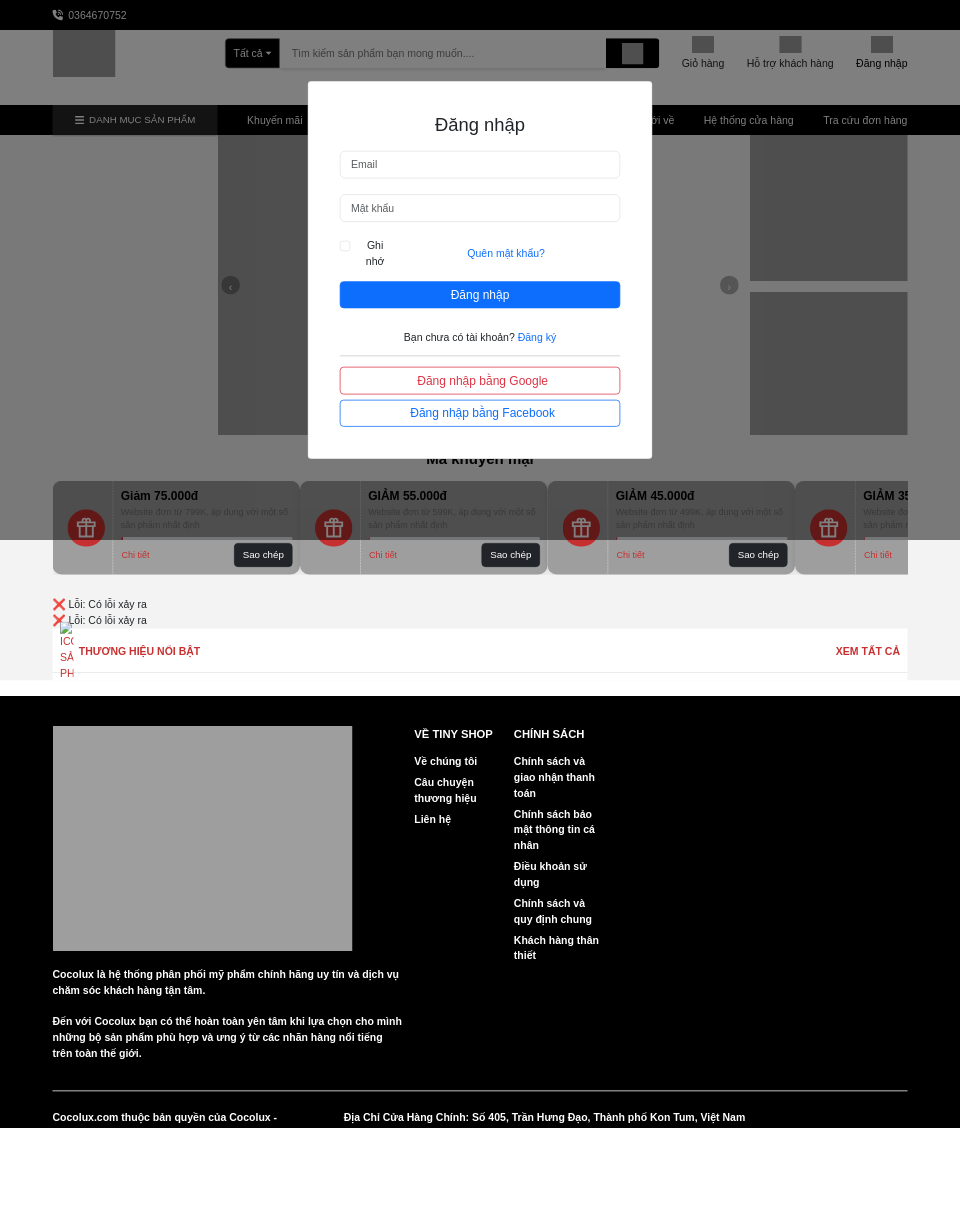
Repository: zzalobeiuzz/website_banmypham
Page: / (app in frontend/), after clicking the first element matching `button.login-button`
The author's editor kept a copy of each file at every save. The page is drawn from the files as they stood at one save, then again after the next save.
The browser window is 1280 px wide. The pictures show the whole page, at 75% of full size.
Pictures or frames that could not be fetched are drawn as grey boxes. The page's requests for data from a server got no answer. The project was rebuilt for these pictures with package versions that can differ from the ones it lists, and the page was loaded fresh each time. No one was signed in, and anything a server would have sent is missing. Also part of the build but not shown: frontend/craco.config.js, frontend/src/pages/NotFoundPage/NotFoundPage.js, frontend/src/components/ProtectedRoute.js, frontend/src/components/small/wizardForm.scss, frontend/src/components/small/WizardForm.js, frontend/src/components/signup.js, frontend/src/pages/user/profilePage/profile_page.js, frontend/src/components/small/Forgot/ResetPasswordForm.js and 15 more.

Above is the page before, as saved 2025-07-15 21:15:16.

After the next save:
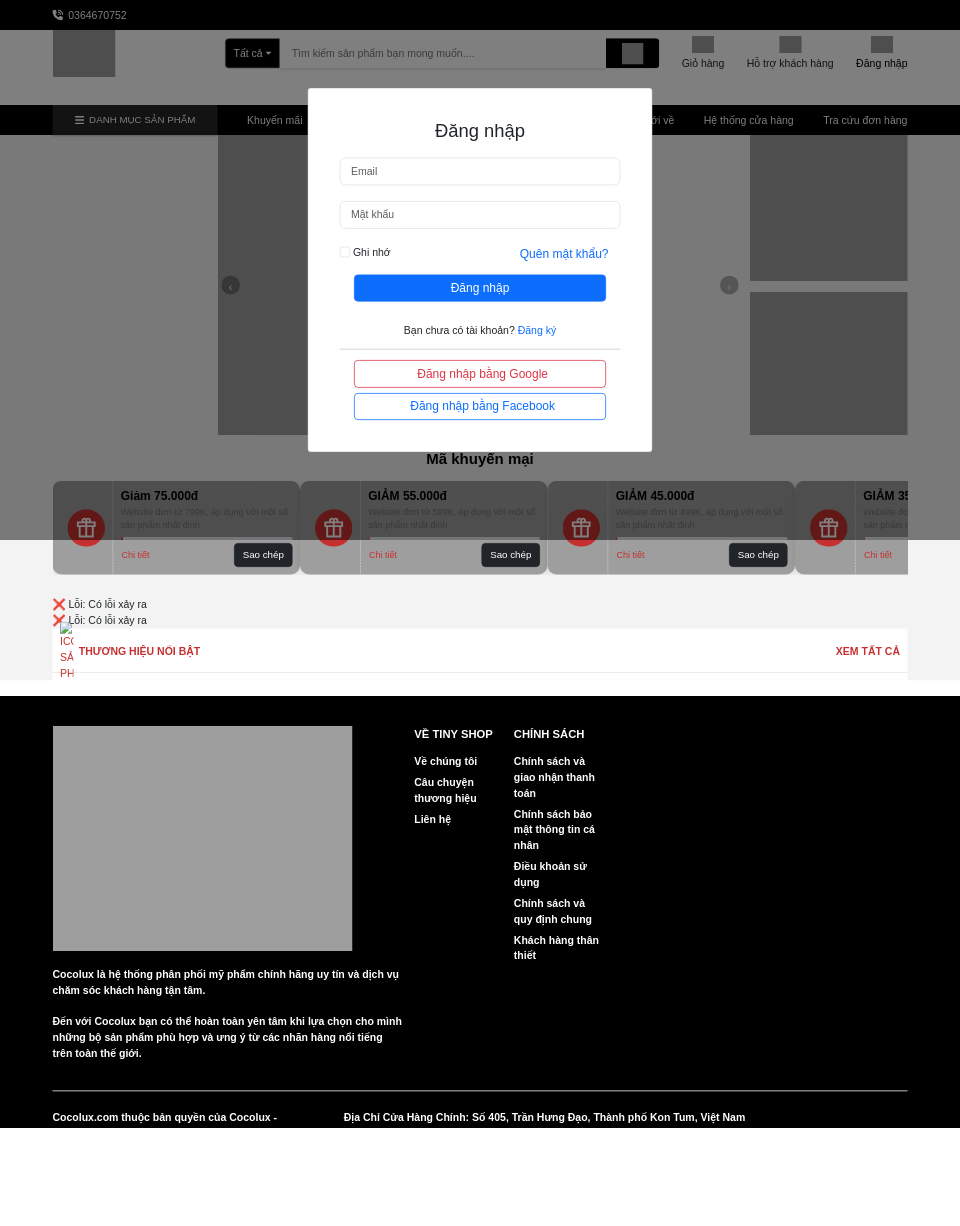
Saved 30 s later.
--- a/frontend/src/components/small/LoginForm.js
+++ b/frontend/src/components/small/LoginForm.js
@@ -1,6 +1,5 @@
 import React, { useState } from "react";
-import { UPLOAD_BASE } from "../../constants";
-import "../auth.scss";
+import '../auth.scss';
 
 const LoginForm = ({ email, setEmail, password, setPassword, onSubmit, switchToForgot }) => {
   const [showPassword, setShowPassword] = useState(false);
@@ -33,32 +32,20 @@ const LoginForm = ({ email, setEmail, password, setPassword, onSubmit, switchToF
           onChange={(e) => setPassword(e.target.value)}
           required
         />
+        {/* Icon chỉ hiện khi có giá trị */}
         {password && (
           <img
-            src={
-              showPassword
-                ? `${UPLOAD_BASE}/icons/icons8-hide-64.png`
-                : `${UPLOAD_BASE}/icons/icons8-eye-48.png`
-            }
+            src={showPassword ? "/assets/icons/icons8-hide-64.png" : "/assets/icons/icons8-eye-48.png"}
             alt="toggle visibility"
             onClick={toggleShowPassword}
-            className="toggle-password-icon"
-            style={{
-              position: "absolute",
-              top: "50%",
-              right: "10px",
-              transform: "translateY(-50%)",
-              cursor: "pointer",
-              width: "24px",
-              height: "24px",
-            }}
+
           />
         )}
       </div>
 
       {/* Nhớ mật khẩu + Quên mật khẩu */}
-      <div className="d-flex justify-content-between mb-3 align-items-center">
-        <div className="form-check">
+      <div className="d-flex justify-content-between mb-3">
+        <div>
           <input type="checkbox" id="remember" className="form-check-input" />
           <label htmlFor="remember" className="form-check-label ms-1">Ghi nhớ</label>
         </div>
@@ -66,14 +53,14 @@ const LoginForm = ({ email, setEmail, password, setPassword, onSubmit, switchToF
           type="button"
           onClick={switchToForgot}
           className="btn btn-link p-0 text-decoration-none"
-          style={{ fontSize: "14px" }}
+          style={{ width: "40%" }}
         >
           Quên mật khẩu?
         </button>
       </div>
 
       {/* Nút đăng nhập */}
-      <button type="submit" className="btn btn-primary w-100 mb-3">Đăng nhập</button>
+      <button type="submit" className="btn btn-primary mb-3">Đăng nhập</button>
 
       {/* Đăng ký */}
       <div className="text-center mt-3">
@@ -83,12 +70,11 @@ const LoginForm = ({ email, setEmail, password, setPassword, onSubmit, switchToF
         </a>
       </div>
 
+      {/* Đăng nhập bằng MXH */}
       <hr className="my-3" />
-
-      {/* Đăng nhập MXH */}
       <button
         type="button"
-        className="btn btn-outline-danger w-100 mb-2"
+        className="btn btn-outline-danger mb-2"
         onClick={() => alert("👉 Tích hợp Google ở đây")}
       >
         <i className="fab fa-google me-2"></i> Đăng nhập bằng Google
@@ -96,7 +82,7 @@ const LoginForm = ({ email, setEmail, password, setPassword, onSubmit, switchToF
 
       <button
         type="button"
-        className="btn btn-outline-primary w-100"
+        className="btn btn-outline-primary"
         onClick={() => alert("👉 Tích hợp Facebook ở đây")}
       >
         <i className="fab fa-facebook-f me-2"></i> Đăng nhập bằng Facebook
